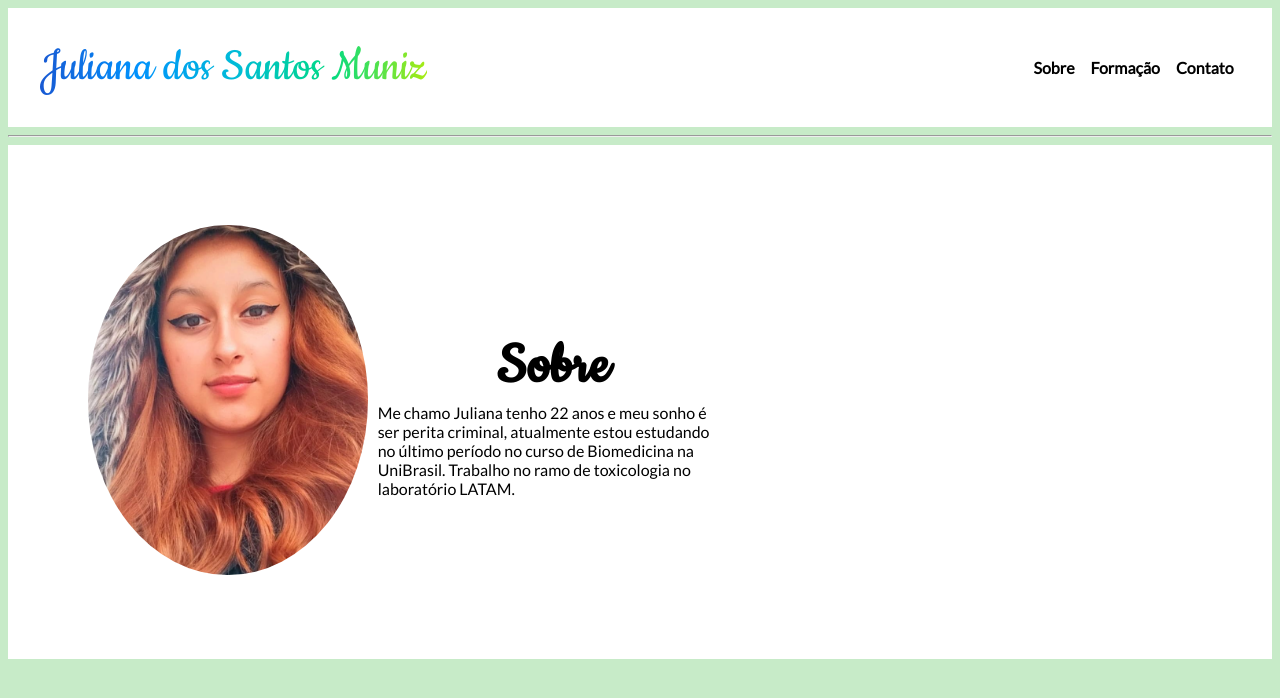
Repository: joaovnogueira/Portfolio-Juliana
Page: index.html
The author's editor kept a copy of each file at every save. The page is drawn from the files as they stood at one save, then again after a run of saves.
The browser window is 1280 px wide. The pictures show the whole page.

Above is the page before, as saved 2022-06-14 16:16:30.

### index.html
<!DOCTYPE html>
<html lang="en">
<head>
    <link rel="stylesheet" href="styles.css">
    <meta charset="UTF-8">
    <meta http-equiv="X-UA-Compatible" content="IE=edge">
    <meta name="viewport" content="width=device-width, initial-scale=1.0">
    <title>Portfólio Juliana</title>
</head>
<body>
    <header>
        <nav>
            <div class="logo">Juliana dos Santos Muniz</div>
            <div class="menu">
                <a href="">Sobre</a>
                <a href="">Formação</a>
                <a href="">Contato</a>
            </div>
        </nav>
    </header>
    <hr>
    <main>
        <div class="perfil">
            <div class="foto">
                <img src="./assets/foto-perfil.png" alt="Foto de perfil" class="fotoperfil">
            </div>
            <div class="conteudo">
                <h1>Sobre</h1>
                <p>Me chamo Juliana tenho 22 anos e meu sonho é ser perita criminal,
                atualmente estou estudando no último período no curso de Biomedicina na UniBrasil.
                Trabalho no ramo de toxicologia no laboratório LATAM.</p>
            </div>
        </div>
    </main>
    <footer></footer>
</body>
</html>

### styles.css
@import url('https://fonts.googleapis.com/css2?family=Cookie&display=swap');
@import url('https://fonts.googleapis.com/css2?family=Lato&display=swap');

body{
    background-color: #C7EBC8;
}

header {
    background-color: #FFFFFF;
    padding: 2rem;
    align-items: center;
}

nav{
    display: flex;
    justify-content: space-between;
    align-items: center;
}

.logo{
    font-family: 'Cookie', cursive;
    font-size: 50px;
    background-clip: text;
    -webkit-background-clip: text;
    background-image: linear-gradient(to right, #1859d3, #0091fc, #00bbd9, #00da84, #a8eb12);
    color: transparent;
}

.menu{
    font-family: 'Lato', sans-serif;
    font-weight: bold;
}

a{
    text-decoration: none;
    color: black;
    margin: .4rem;
}

hr{
    background-color: #FFFFFF;
}



.perfil {
    background-color: #FFFFFF;
    display: flex;
    padding: 5rem;
    align-items: center;
}

.foto{
    align-items: center;
    margin-right: 5px;
}

.conteudo{
    align-items: center;
    max-width: 350px;
    max-height: 100vh;
    text-align: center;
    vertical-align:middle;
    margin-left: 5px;


}

h1{
    font-family: 'Cookie', cursive;
    font-weight: bold;
    font-size: 64px;
    vertical-align:middle;
    margin-bottom: 1px;
}

p{
    margin-top: 1px;
    font-family: 'Lato', sans-serif;
    text-align: left;
}

.fotoperfil{
    border-radius: 50%;
    max-width:750px;
    max-height:350px;
    width: auto;
    height: auto;
}

.icon{
    max-width: 40px;
    max-height:40px;
}

After the next 2 saves:
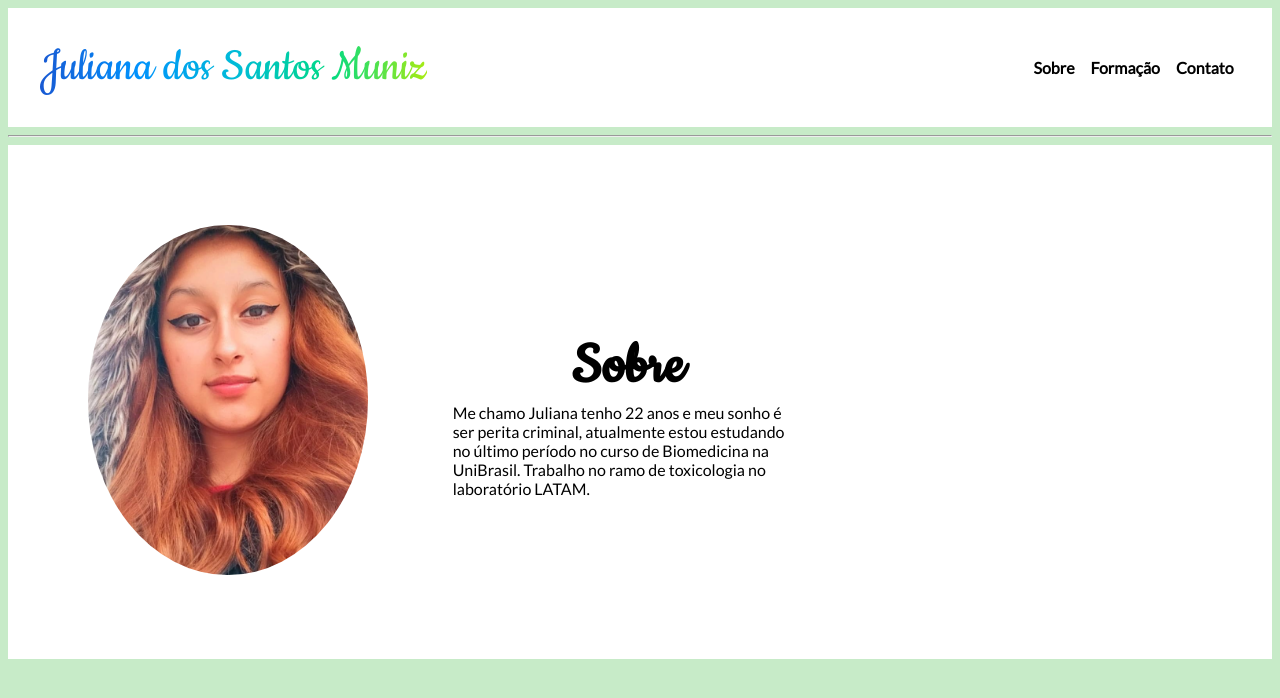
The 2 saves are shown as one change because they came seconds apart.
The last was saved 5 s later.
--- a/styles.css
+++ b/styles.css
@@ -61,7 +61,7 @@ hr{
     max-height: 100vh;
     text-align: center;
     vertical-align:middle;
-    margin-left: 5px;
+    margin-left: 80px;
 
 
 }
